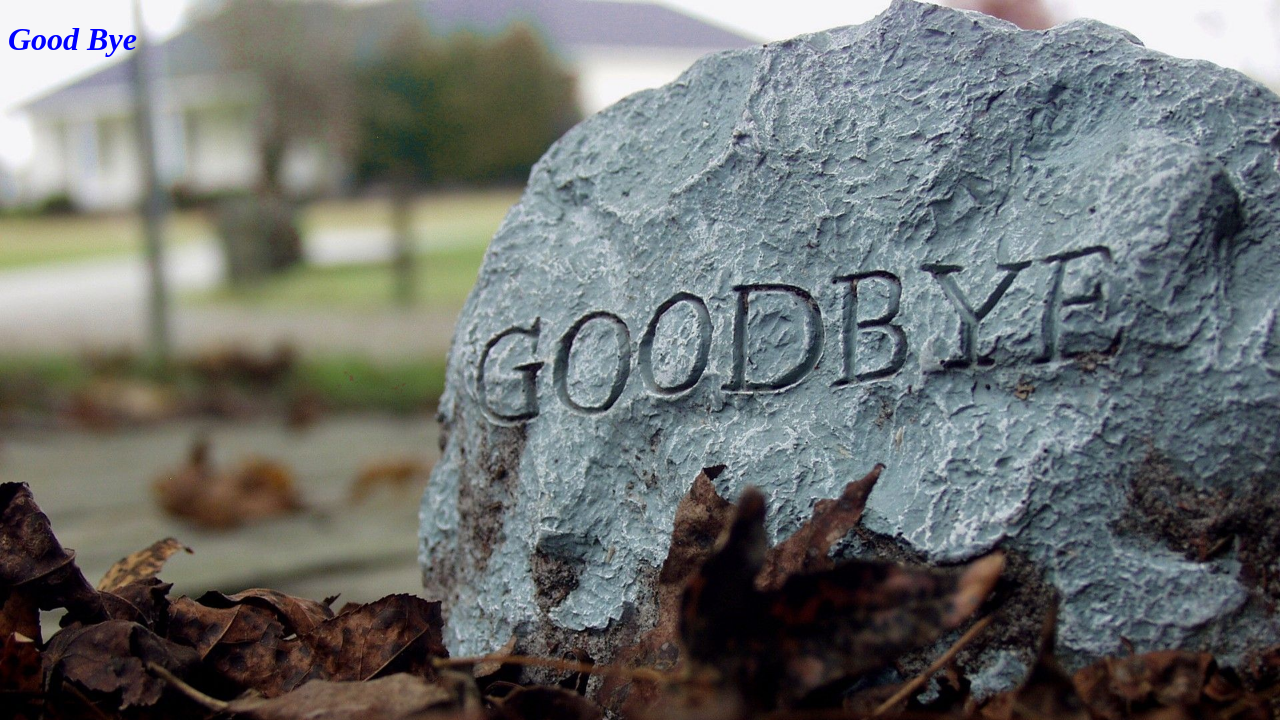
Repository: AJEET006/AdvanceJava-DSA
Page: ADVANCE_JAVA/HW_Example/WebContent/GoodBye.html
These files come from the project's save history. The page is drawn as it stood at one moment and after the next save; the edit follows.
The browser window is 1280 px wide. The page is 1288 px wide, so the pictures cover 1288 px, including what lies to the right of the window. The pictures show the whole page.

Above is the page before, as saved 2022-06-21 17:49:09.

After the next save:
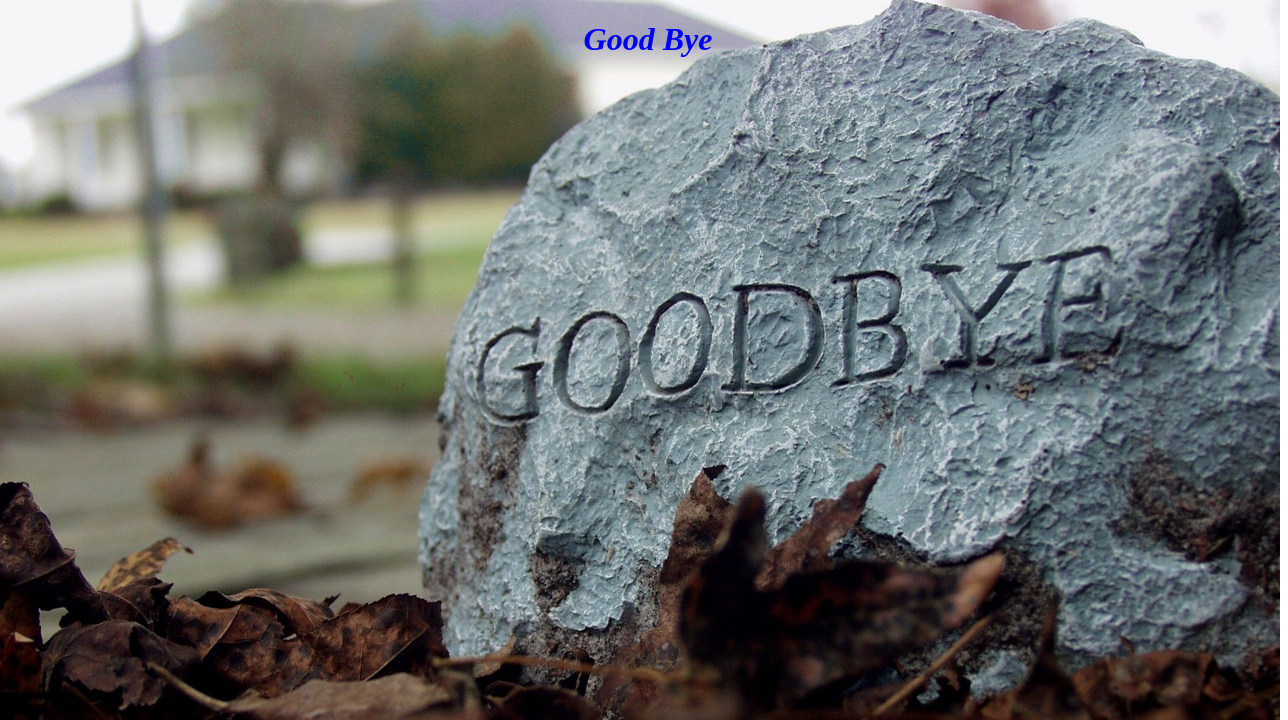
Saved 36 s later.
--- a/ADVANCE_JAVA/HW_Example/WebContent/GoodBye.html
+++ b/ADVANCE_JAVA/HW_Example/WebContent/GoodBye.html
@@ -13,7 +13,7 @@
 	<font color="blue">
 	<h1>
 
-	<i><a>Good Bye</a></i>
+	<center><i><a>Good Bye</a></i></center>
 	</h1>
 	</font>
 

After the save that followed:
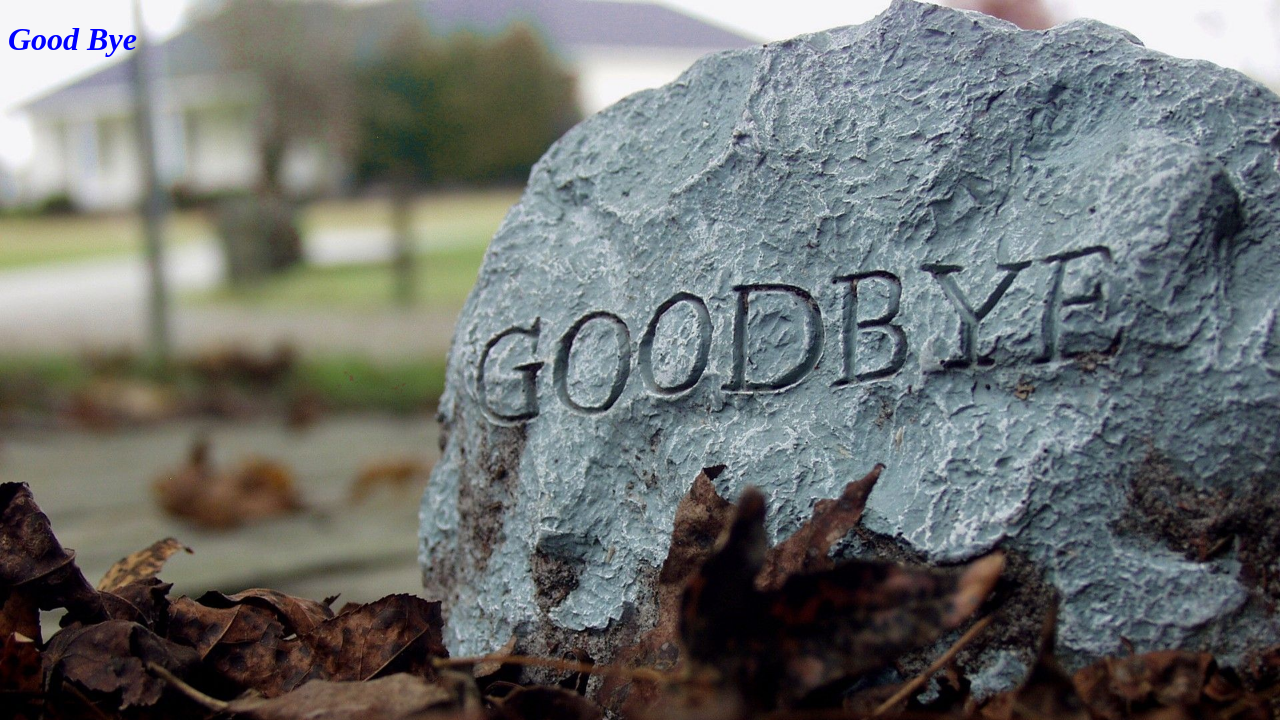
Saved 104 s later.
--- a/ADVANCE_JAVA/HW_Example/WebContent/GoodBye.html
+++ b/ADVANCE_JAVA/HW_Example/WebContent/GoodBye.html
@@ -13,7 +13,7 @@
 	<font color="blue">
 	<h1>
 
-	<center><i><a>Good Bye</a></i></center>
+	<strong><i><a>Good Bye</a></i></strong>
 	</h1>
 	</font>
 
